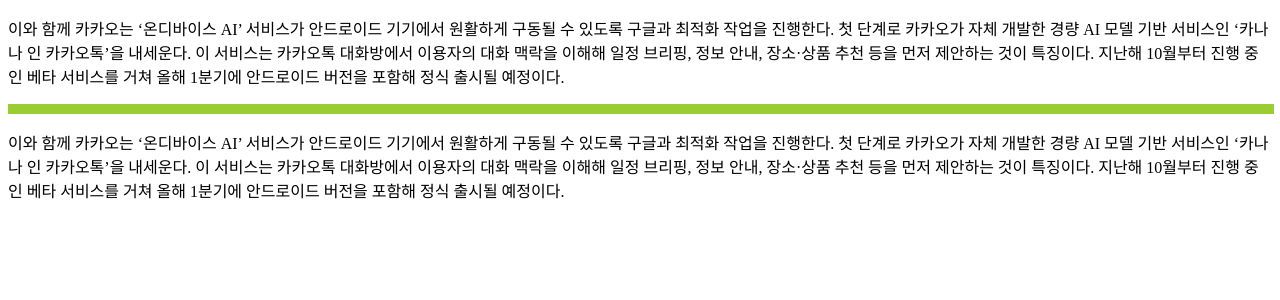
Repository: HongTaeHun337/HTML-CSS-JavaScript-
Page: html/HtmlTest/src/main/webapp/ex08_hr.html
These files come from the project's save history. The page is drawn as it stood at one moment and after the next save; the edit follows.
The browser window is 1280 px wide. The pictures show the whole page.

Above is the page before, as saved 2026-02-13 01:07:58.

After the next save:
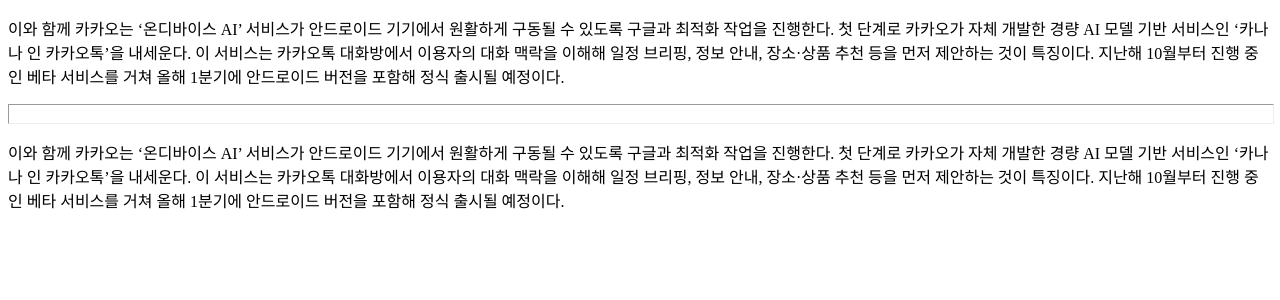
Saved 67 s later.
--- a/html/HtmlTest/src/main/webapp/ex08_hr.html
+++ b/html/HtmlTest/src/main/webapp/ex08_hr.html
@@ -19,6 +19,7 @@
 		2. width: 선의 너비
 		3. align: 선의 수평 정렬
 		4. color: 선의 색상
+		5. noshade: 선의 그림자 유무
 
 		HTML 속성값의 형태(***)
 		1. 숫자형
@@ -40,7 +41,7 @@
 	 이용자의 대화 맥락을 이해해 일정 브리핑, 정보 안내, 장소·상품 추천 등을 먼저 제안하는 것이 특징이다.
 	 지난해 10월부터 진행 중인 베타 서비스를 거쳐 올해 1분기에 안드로이드 버전을 포함해 정식 출시될 예정이다.</p>
 
-	 <hr size = "10" width = "100%" align = "right" color = "yellowgreen">
+	 <hr size = "20" width = "100%" align = "center" >
 
 	 <p>이와 함께 카카오는 ‘온디바이스 AI’ 서비스가 안드로이드 기기에서 원활하게 구동될 수 있도록 구글과 최적화 작업을 진행한다.
 	 첫 단계로 카카오가 자체 개발한 경량 AI 모델 기반 서비스인 ‘카나나 인 카카오톡’을 내세운다. 이 서비스는 카카오톡 대화방에서
